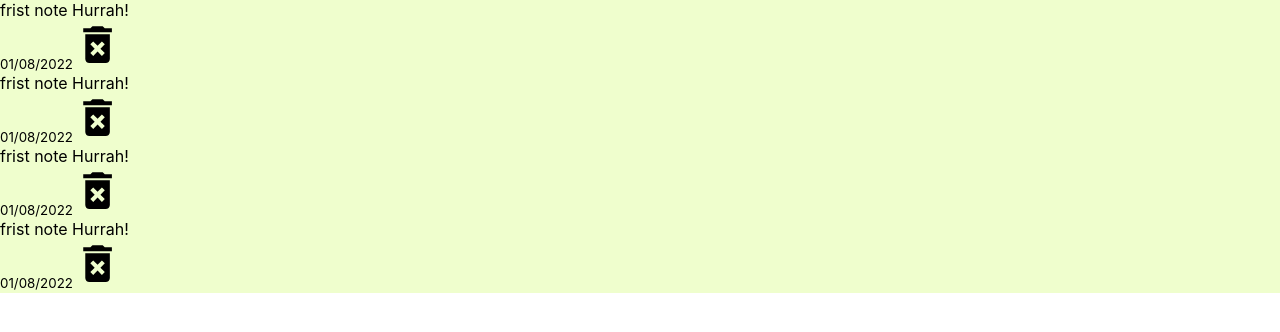
Repository: DeraBola/react-notes-app
Page: /
These files come from the project's save history. The page is drawn as it stood at one moment and after the next save; the edit follows.
The browser window is 1280 px wide. The pictures show the whole page.
The project was rebuilt for these pictures with package versions that can differ from the ones it lists, and the page was loaded fresh each time.

Above is the page before, as saved 2022-08-01 08:22:38.

### src/index.js
import React from 'react';
import ReactDOM from 'react-dom/client';
import './index.css';
import App from './App';


const root = ReactDOM.createRoot(document.getElementById('root'));
root.render(
  <React.StrictMode>
    <App />
  </React.StrictMode>
);

### src/index.css
body {
    margin: 0;
    font-family: -apple-system, BlinkMacSystemFont, 'Segoe UI', 'Roboto', 'Oxygen', 'Ubuntu', 'Cantarell', 'Fira Sans', 'Droid Sans', 'Helvetica Neue', sans-serif;
    -webkit-font-smoothing: antialiased;
    -moz-osx-font-smoothing: grayscale;
}

code {
    font-family: source-code-pro, Menlo, Monaco, Consolas, 'Courier New', monospace;
}

.note {
    background-color: #effecd;
}

### src/App.js
import NotesList from './components/NotesList';

 const App = () =>{
   return(
    <div className="container" >
      <NotesList />
    </div>
   )
 }

 export default App;

### src/components/NotesList.js
import Note from './Note';

const NotesList  = () => {
return(
    <div className='notes-list'>
        <Note />
        <Note />
        <Note />
        <Note />
    </div>
);
};

export default NotesList;

### src/components/Note.js

import { MdDeleteForever } from 'react-icons/md'

const Note  = () => {
    return(
        <div className='note'>
             <span>frist note Hurrah!</span>
             <div className="note-footer">
                <small>01/08/2022</small>
                <MdDeleteForever className='delete-icon' size='1.3cm' />
             </div>
        </div>
    );
    };

    export default Note;

Loaded but not shown: public/index.html (common file)

After the next save:
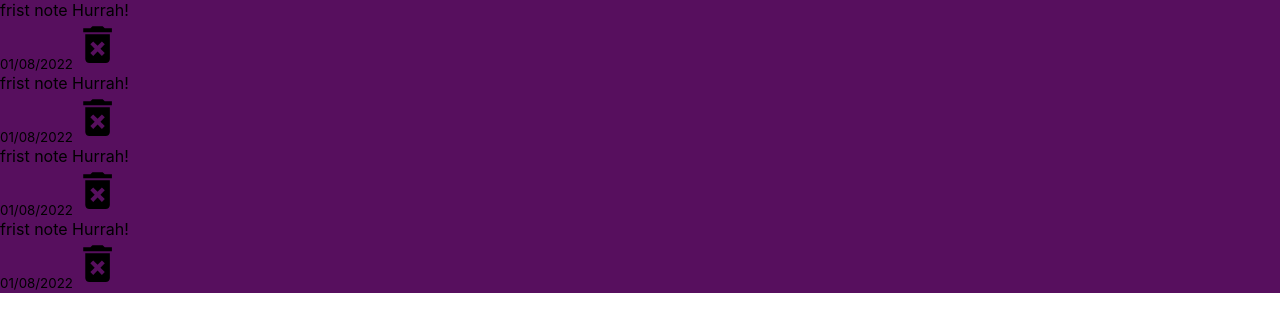
Saved 55 s later.
--- a/src/index.css
+++ b/src/index.css
@@ -10,5 +10,5 @@ code {
 }
 
 .note {
-    background-color: #effecd;
+    background-color: #570f5e;
 }
